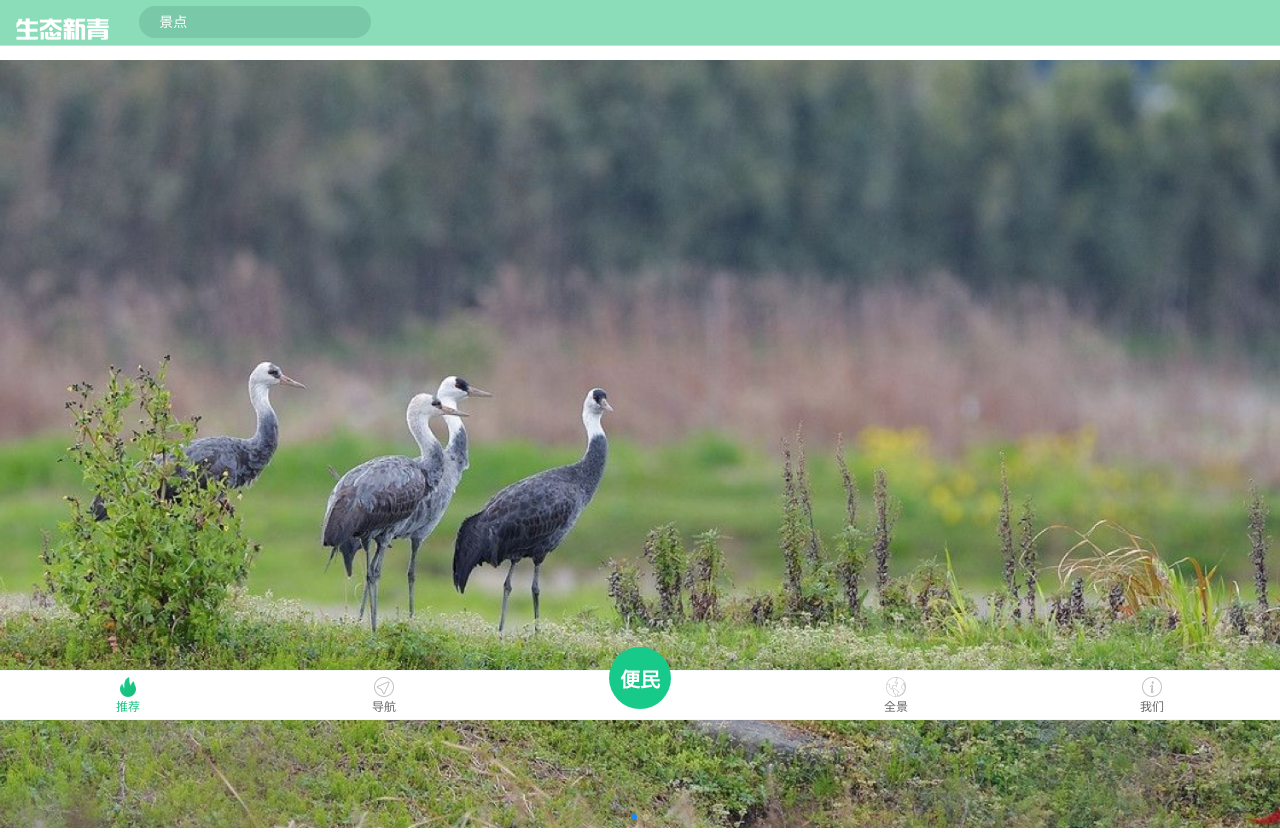
Repository: huye123/stcq
Page: /
An editor plug-in stored every save of this project. The page is shown before and after a run of saves, followed by the edit.
The browser window is 1280 px wide. The pictures show the whole page.
The project was rebuilt for these pictures with package versions that can differ from the ones it lists, and the page was loaded fresh each time. Also part of the build but not shown: src/components/search.vue.

Above is the page before, as saved 2019-06-29 09:49:14.

After the next 5 saves:
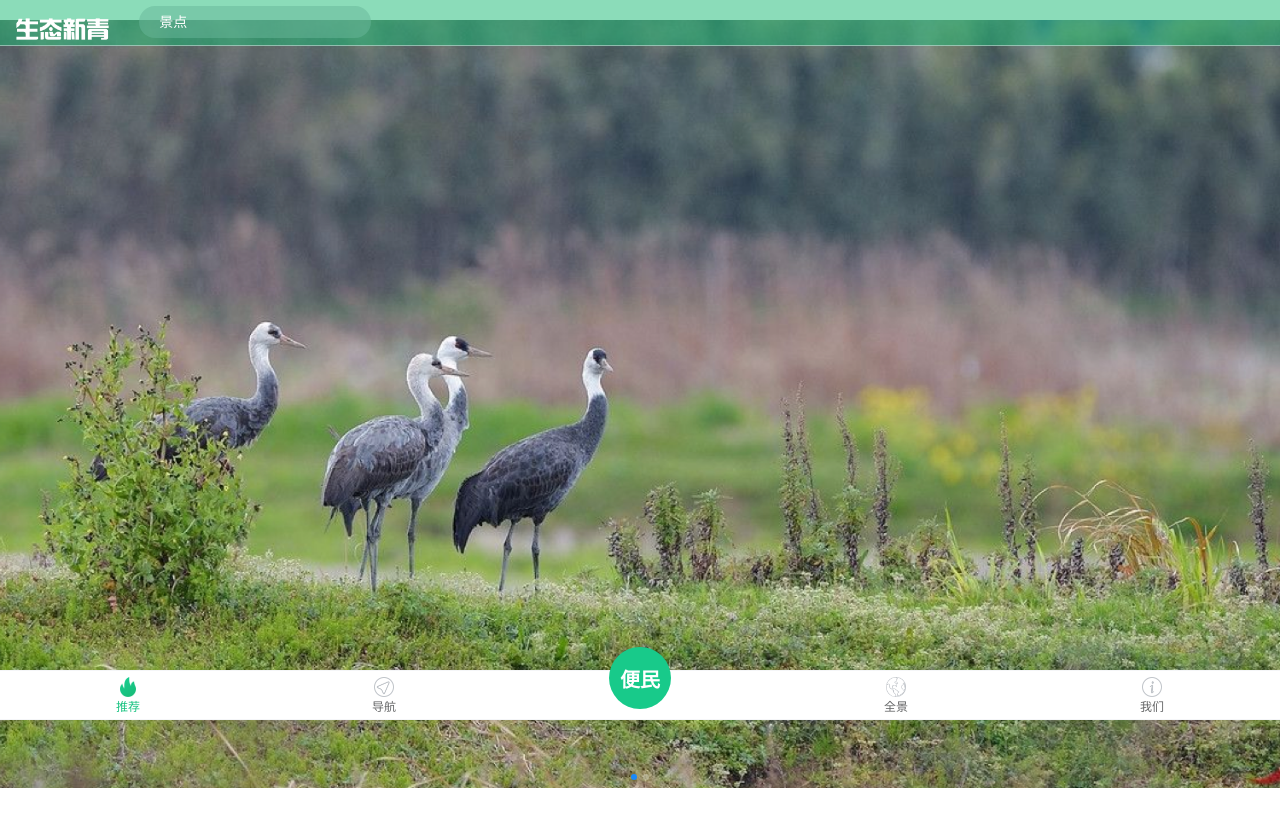
The 5 saves are shown as one change because they came seconds apart.
The last was saved 41 s later.
--- a/src/components/HelloWorld.vue
+++ b/src/components/HelloWorld.vue
@@ -77,4 +77,7 @@ export default {
   .banner img{
   width: 100%;
   }
+  .van-swipe{
+    top: -40px
+  }
 </style>
